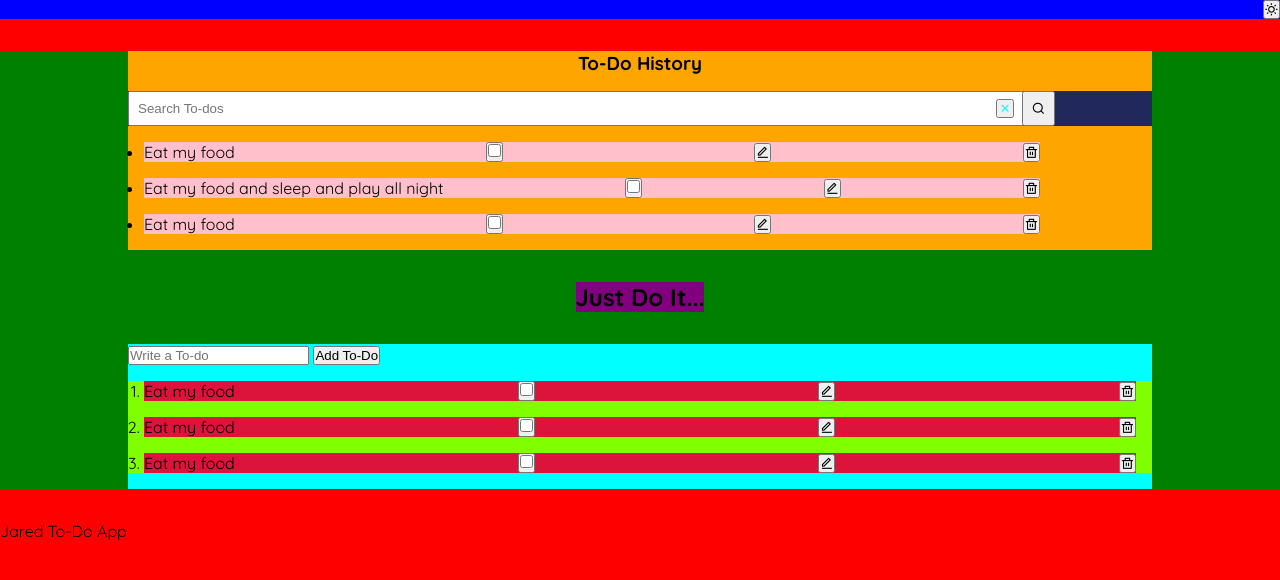
Repository: EguJaredoBoyd/Jared-ToDo-App
Page: main.html
These files come from the project's save history. The page is drawn as it stood at one moment and after the next save; the edit follows.
The browser window is 1280 px wide. The pictures show the whole page.
Some web libraries are served in a nearby version.

Above is the page before, as saved 2025-12-23 21:37:29.
Not found: js/to-do.j

After the next save:
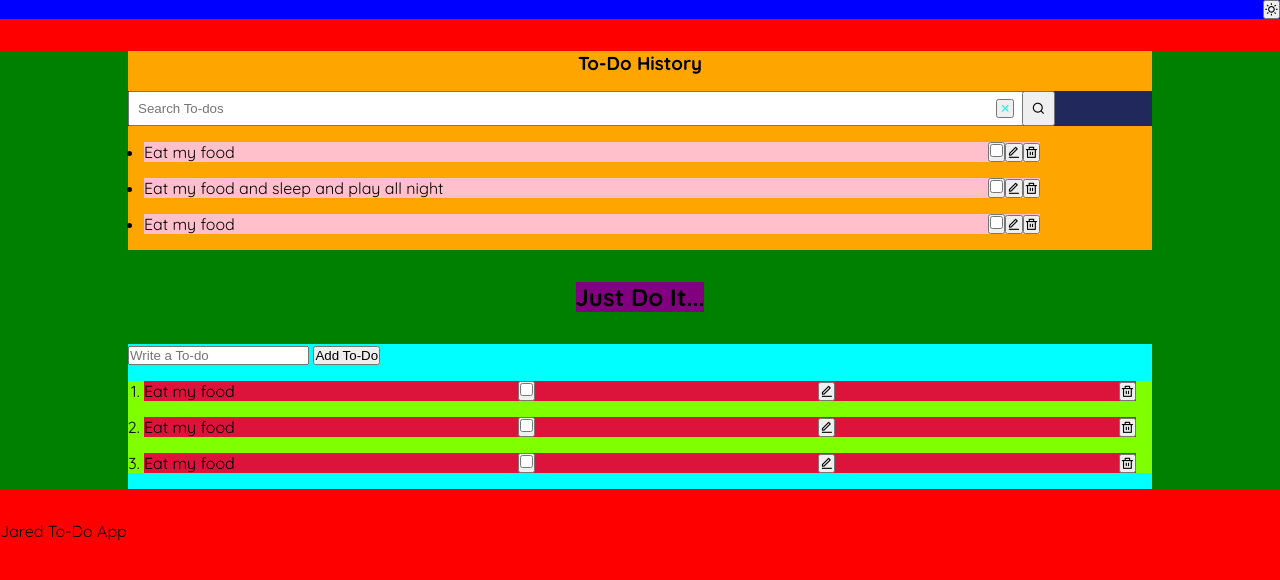
Saved 9 s later.
--- a/css/main.css
+++ b/css/main.css
@@ -87,7 +87,7 @@ main {
   width: 70vw;
   background-color: pink;
 }
-. .ul__list li {
+.ul__list li {
   width: 100vw;
 }
 
